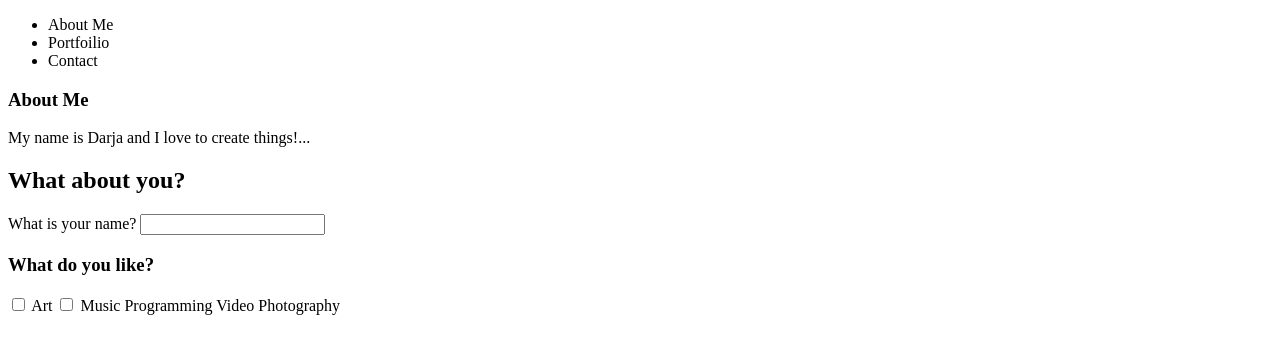
Repository: holyygreg/PortfolioProject
Page: code files/index.html
An editor plug-in stored every save of this project. The page is shown before and after a run of saves, followed by the edit.
The browser window is 1280 px wide. The pictures show the whole page.

Above is the page before, as saved 2024-08-02 16:02:39.

### code files/index.html
<!DOCTYPE html>
<html lang="en">
<head>
    <meta charset="UTF-8">
    <meta name="viewport" content="width=device-width, initial-scale=1.0">
    <title>Document</title>
</head>

<body>
    <header>
        <nav>
            <ul>
                <li>About Me</li>
                <li>Portfoilio</li>
                <li>Contact</li>
            </ul>
        </nav>
    </header>

    <section>
        <article>
            <h1>About Me</h1>
            <p>My name is Darja and I love to create things!...</p>
        </article>
    </section>

    <section>
        <h2>What about you?</h2>
        <label>What is your name?</label>
        <input type="text"/>
        <br>

        <h3>What do you like?</h3>
        <input type="checkbox" id="hobby1" name="hobby1" value="art">
        <label for="hobby1">Art</label>
        <input type="checkbox" id="hobby2" name="hobby2" value="music">
        <label for="hobby2">Music</label>
        <label value="program">Programming</label>
        <label value="video">Video</label>
        <label value="photo">Photography</label>

    </section>
</body>
</html>

After the next 5 saves:
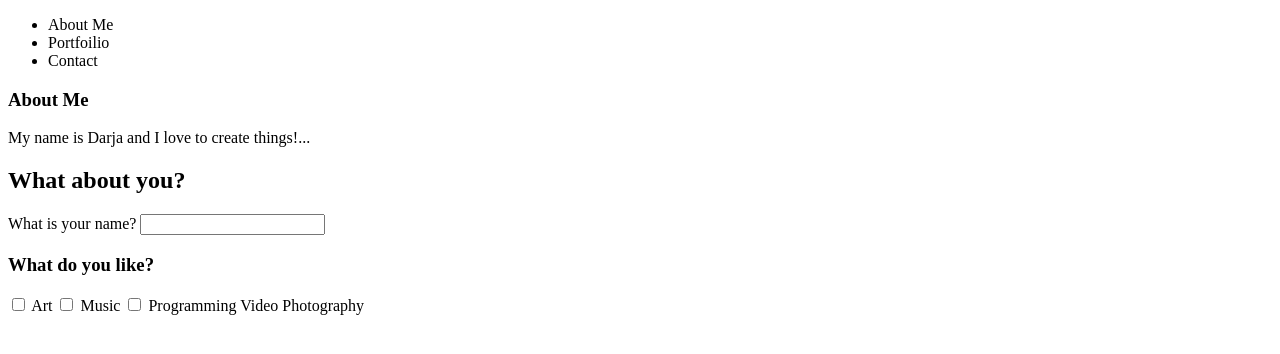
The 5 saves are shown as one change because they came seconds apart.
The last was saved 18 s later.
--- a/code files/index.html
+++ b/code files/index.html
@@ -35,7 +35,8 @@
         <label for="hobby1">Art</label>
         <input type="checkbox" id="hobby2" name="hobby2" value="music">
         <label for="hobby2">Music</label>
-        <label value="program">Programming</label>
+        <input type="checkbox" id="hobby3" name="hobby3" value="music">
+        <label for="program">Programming</label>
         <label value="video">Video</label>
         <label value="photo">Photography</label>
 
